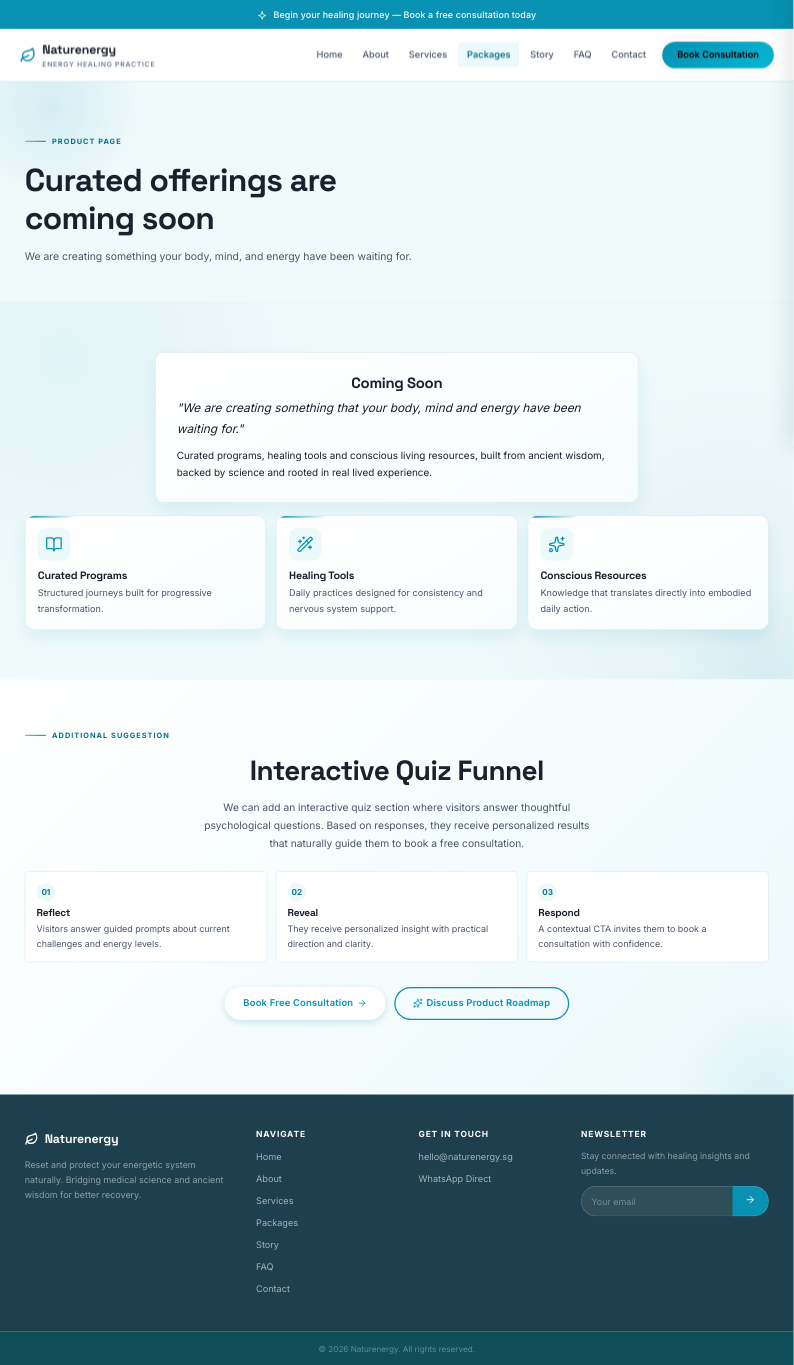
Repository: Ethxmnhz/nt_landing
Page: /packages
These files come from the project's save history. The page is drawn as it stood at one moment and after the next save; the edit follows.
The browser window is 1280 px wide. The pictures show the whole page, at 62% of full size.
The project was rebuilt for these pictures with package versions that can differ from the ones it lists, and the page was loaded fresh each time. Also part of the build but not shown: vite.config.ts, src/pages/AboutPage.tsx, src/pages/BookPage.tsx, src/pages/ContactPage.tsx, src/components/ui/FaqAccordion.tsx, src/pages/FaqPage.tsx, src/components/Hero/Hero.tsx, src/pages/HomePage.tsx and 1 more.

Above is the page before, as saved 2026-04-06 22:53:28.

After the next save:
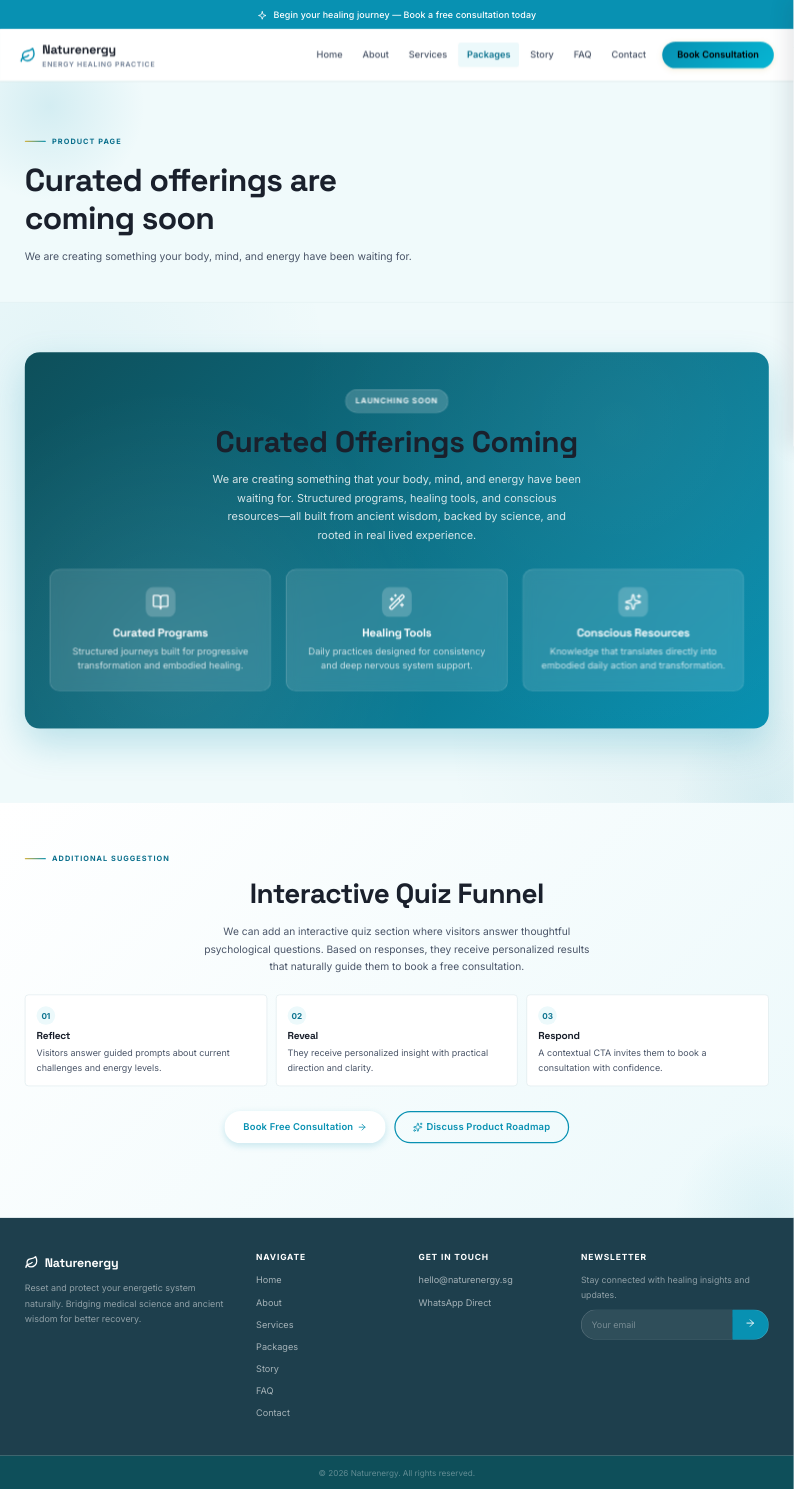
Saved 23 s later.
--- a/src/pages/PackagesPage.tsx
+++ b/src/pages/PackagesPage.tsx
@@ -20,46 +20,47 @@ export function PackagesPage() {
       <section className="section-light">
         <div className="section-shell">
           <AnimatedSection>
-            <article className="doc-coming-card">
-              <h2>Coming Soon</h2>
-              <p className="doc-coming-quote">
-                "We are creating something that your body, mind and energy have been waiting for."
-              </p>
-              <p>
-                Curated programs, healing tools and conscious living resources, built from ancient
-                wisdom, backed by science and rooted in real lived experience.
-              </p>
-            </article>
+            <div className="packages-coming-showcase">
+              <div className="packages-coming-header">
+                <div className="packages-coming-tag">Launching Soon</div>
+                <h2 className="packages-coming-title">Curated Offerings Coming</h2>
+                <p className="packages-coming-desc">
+                  We are creating something that your body, mind, and energy have been waiting for.
+                  Structured programs, healing tools, and conscious resources—all built from ancient
+                  wisdom, backed by science, and rooted in real lived experience.
+                </p>
+              </div>
+              <div className="packages-coming-items">
+                <AnimatedSection delay={80}>
+                  <article className="packages-coming-item">
+                    <div className="packages-coming-icon">
+                      <BookOpen size={28} strokeWidth={1.8} />
+                    </div>
+                    <h3>Curated Programs</h3>
+                    <p>Structured journeys built for progressive transformation and embodied healing.</p>
+                  </article>
+                </AnimatedSection>
+                <AnimatedSection delay={160}>
+                  <article className="packages-coming-item">
+                    <div className="packages-coming-icon">
+                      <WandSparkles size={28} strokeWidth={1.8} />
+                    </div>
+                    <h3>Healing Tools</h3>
+                    <p>Daily practices designed for consistency and deep nervous system support.</p>
+                  </article>
+                </AnimatedSection>
+                <AnimatedSection delay={240}>
+                  <article className="packages-coming-item">
+                    <div className="packages-coming-icon">
+                      <Sparkles size={28} strokeWidth={1.8} />
+                    </div>
+                    <h3>Conscious Resources</h3>
+                    <p>Knowledge that translates directly into embodied daily action and transformation.</p>
+                  </article>
+                </AnimatedSection>
+              </div>
+            </div>
           </AnimatedSection>
-          <div className="doc-coming-pillars">
-            <AnimatedSection delay={80}>
-              <article className="doc-coming-pillar">
-                <span className="service-icon">
-                  <BookOpen size={28} strokeWidth={1.8} />
-                </span>
-                <h3>Curated Programs</h3>
-                <p>Structured journeys built for progressive transformation.</p>
-              </article>
-            </AnimatedSection>
-            <AnimatedSection delay={160}>
-              <article className="doc-coming-pillar">
-                <span className="service-icon">
-                  <WandSparkles size={28} strokeWidth={1.8} />
-                </span>
-                <h3>Healing Tools</h3>
-                <p>Daily practices designed for consistency and nervous system support.</p>
-              </article>
-            </AnimatedSection>
-            <AnimatedSection delay={240}>
-              <article className="doc-coming-pillar">
-                <span className="service-icon">
-                  <Sparkles size={28} strokeWidth={1.8} />
-                </span>
-                <h3>Conscious Resources</h3>
-                <p>Knowledge that translates directly into embodied daily action.</p>
-              </article>
-            </AnimatedSection>
-          </div>
         </div>
       </section>
 
